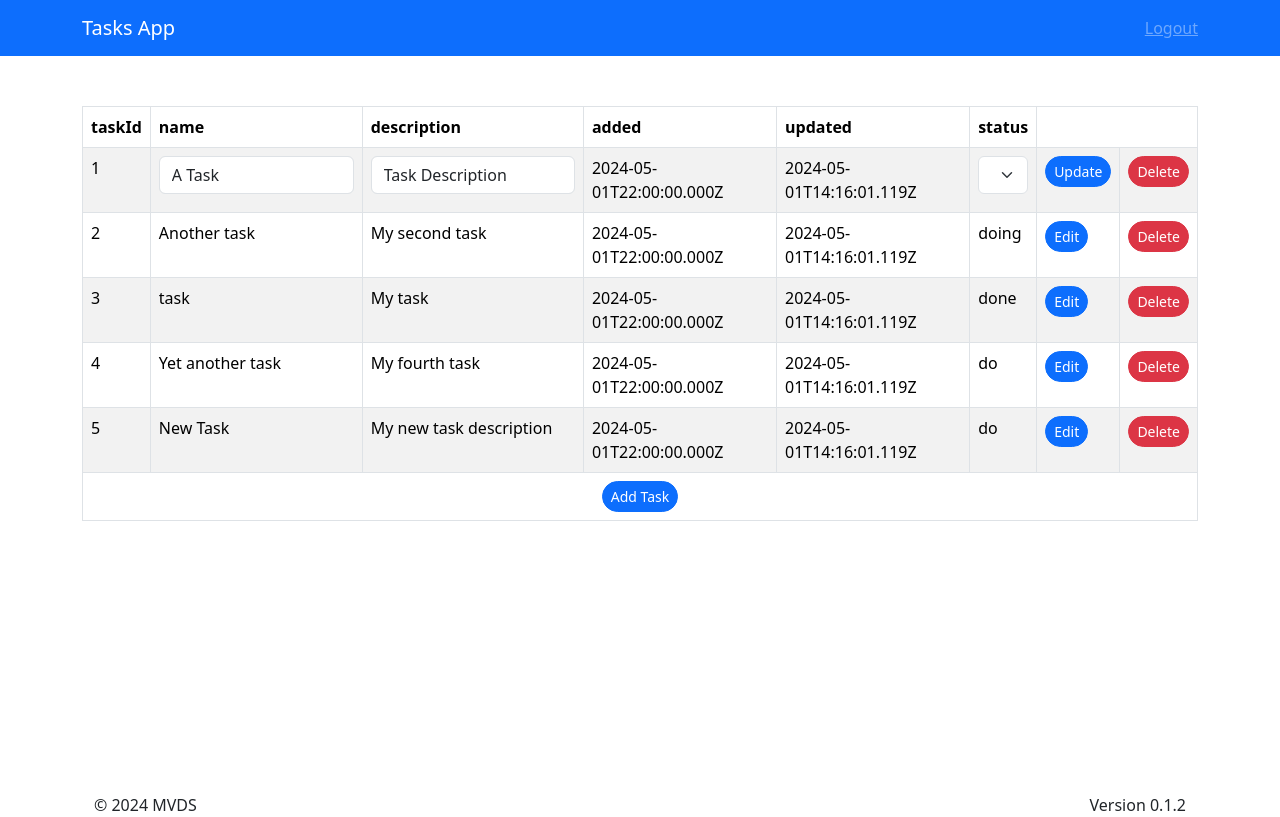
Repository: trider/react-task-manager
Page: /#/tasks, after clicking the first element matching `button.btn`
An editor plug-in stored every save of this project. The page is shown before and after the next save, followed by the edit.
The browser window is 1280 px wide. The pictures show the whole page.
The project was rebuilt for these pictures with package versions that can differ from the ones it lists, and the page was loaded fresh each time. Also part of the build but not shown: src/App.css, src/data/_Users.js, src/pages/Login.js.

Above is the page before, as saved 2024-05-07 18:01:40.

### src/App.js
// import logo from './logo.svg';
import './App.css';
import 'bootstrap/dist/css/bootstrap.min.css';
// import { BrowserRouter, Routes, Route } from "react-router-dom";
import {HashRouter as Router, Routes, Route} from "react-router-dom";
import LoginForm from "./pages/Login";
import TaskList from "./pages/Task";

// const path = process.env.REACT_APP_FOR_PATH;

function App() {
  return (
    <div>
      <Router baseline="/">
        <Routes>
          <Route index element={<LoginForm />} />
            <Route path="login" element={<LoginForm />} />
            <Route path="tasks" element={<TaskList />} />
        </Routes>
      </Router>
    </div>
  );
}

export default App;

### src/pages/Task.js
import * as React from 'react';

import { useState } from 'react';

import Table from 'react-bootstrap/Table';
import Container from 'react-bootstrap/Container';
import Button from 'react-bootstrap/Button';
import Form from 'react-bootstrap/Form';

import NavbarComponent from '../components/Navigation';
import Footer from '../components/Footer';

import userTasks from '../data/_Tasks';
import tableCols from '../data/_Cols';

const states = ['do', 'doing', 'done'];




const TaskTable = () => {

  const [tasks, setTasks] = useState(userTasks);
  const [taskName, setTaskName] = useState("A Task");
  const [taskDescription, setTaskDescription] = useState("Task Description");
  const [dateAdded, setDateAdded] = useState(new Date().toISOString());
  const [dateUpdated, setDateUpdated] = useState(new Date().toISOString());
  const [taskStatus, setTaskStatus] = useState("do");
  const [isAdd, setIsAdd] = useState(false);


  const addTask = (task) => {
    setDateAdded(new Date().toISOString());
    setDateUpdated(new Date().toISOString());
    setTaskStatus('do');
    setIsAdd(false);
    setTasks([...tasks, { id: tasks.length + 1, ...task }]);
  }

  const editTask = (task) => {

    setIsAdd(false);
    setTasks(tasks.map((t) => {
      if (tasks.filter((t) => t.isEdit === true).length < 1) {
        if (t.taskId === task.taskId) t.isEdit = !t.isEdit;
      }

      return t
    }));


  }

  const getButton = (task) => {

    if (task.isEdit) {
      return <Button variant="primary rounded-pill" size='sm' onClick={(e) => updateTask(task)}>
        Update
      </Button>
    }
    else {
      return <Button variant="primary rounded-pill" size='sm' onClick={(e) => editTask(task)}>
        Edit
      </Button>
    }

  }

  const updateTask = (task) => {






    setTasks(tasks.map((t) => {
      setTaskName(t.name);
      setTaskDescription(t.description);
      if (t.taskId === task.taskId) {
        t.isEdit = !t.isEdit;
        t.name = taskName;
        t.description = taskDescription;
        t.updated = new Date().toISOString();
        t.status = taskStatus;
      }
      return t;
    }));
    setIsAdd(false);



  }

  const deleteTask = (task) => {
    setTasks(tasks.filter((t) => t.taskId !== task.taskId));
  }

  const getTask = (task, col) => {
    if (task.isEdit) {
      if (col === 'name') {
        return <Form.Control
          type="text"
          value={taskName}
          onChange={(e) => setTaskName(e.target.value)}
        />
      }
      else if (col === 'description') {
        return <Form.Control
          type="text"
          value={taskDescription}
          onChange={(e) => setTaskDescription(e.target.value)}
        />
      }
      else if (col === 'status') {
        return <Form.Select aria-label="Default select example">
          {}
        </Form.Select>
        // return <Form.Control
        //   type="text"
        //   value={taskStatus}
        //   onChange={(e) => setTaskStatus(e.target.value)}
        // />
      }
      else {
        return task[col]
      }


    }
    else {
      return task[col]
    }


  }



  const showTableBody = () => {

    if (isAdd) {

      return <tbody>

        <tr>
          <td>
            {tasks.length + 1}
          </td>
          <td>
            <Form.Control
              type="text"
              value={taskName}
              onChange={(e) => setTaskName(e.target.value)}
            />
          </td>
          <td>
            <Form.Control
              type="text"
              value={taskDescription}
              onChange={(e) => setTaskDescription(e.target.value)}

            />
          </td>
          <td>
            {dateAdded}
          </td>
          <td>
            {dateUpdated}
          </td>
          <td>
            do
          </td>

          <td colSpan='2'>
            <div className="d-grid gap-2 d-md-flex justify-content-md-center">

              <Button variant="primary rounded-pill" size='sm' onClick={(e) => addTask({
                name: taskName,
                description: taskDescription,
                user: 'jonnygold',
                status: 'do',
                taskId: tasks.length + 1,
                added: new Date().toISOString(),
                updated: new Date().toISOString(),
                isActive: true,
                isEdit: false
              })}>
                Add
              </Button>
            </div>
          </td>
        </tr>



      </tbody>



    }
    else {
      return <tbody>
        {tasks.map((task) => (
          <tr key={task.id}>
            {tableCols.map((col) => (
              <td key={col}>

                {getTask(task, col)}

              </td>
            ))}

            <td>
              {getButton(task)}
            </td>
            <td>
              <Button variant="danger rounded-pill" size='sm' onClick={(e) => deleteTask(task)}>
                Delete
              </Button>
            </td>
          </tr>
        ))}



        <tr>

          <td colSpan={tableCols.length + 2} style={{ backgroundColor: "white" }}>
            <div className="d-grid gap-2 d-md-flex justify-content-md-center">
              <Button variant="primary rounded-pill" size='sm' onClick={(e) => setIsAdd(!isAdd)}>
                Add Task
              </Button>
            </div>
          </td>
        </tr>
      </tbody>

    }


  }






  return (
    <div >
      <Table striped bordered hover size="lg">
        <thead>
          <tr>
            {tableCols.map((col) => (
              <th key={col}>{col}</th>
            ))}
            <th colSpan={"2"}></th>
          </tr>
        </thead>

        {showTableBody()}

      </Table>




    </div>
  );
}


const TaskList = () => {
  return (
    <div>

      <NavbarComponent />
      <Container style={{ marginTop: "50px" }}>

        <div style={{ marginTop: "50px" }}>
          <TaskTable />
        </div>

      </Container>
      <Container style={{ paddingTop: '20%' }} >
        <Footer />
      </Container>

    </div>
  );
}

export default TaskList;

### src/components/Footer.js
import * as React from 'react';
import Container from 'react-bootstrap/Container';
import Row from 'react-bootstrap/Row';
import Col from 'react-bootstrap/Col';


const Footer = () => {
  return (
    <footer>
      <Container >
      <Row>
        <Col sm={8}>&copy; 2024 MVDS</Col>
        <Col style={{textAlign:"right"}}>Version 0.1.2</Col>
      </Row>
      </Container>
    </footer>
  );
}

export default Footer;

### src/components/Navigation.js
import * as React from 'react';
import Container from 'react-bootstrap/Container';
import Nav from 'react-bootstrap/Nav';
import Navbar from 'react-bootstrap/Navbar';
import {Link as ReactLink} from "react-router-dom";






const NavbarComponent = () => {
  return (
    <Navbar bg="primary" expand="lg" data-bs-theme="dark">
      <Container>
        <Navbar.Brand href="#home">Tasks App</Navbar.Brand>
        <Navbar.Toggle aria-controls="basic-navbar-nav" />
        <Navbar.Collapse id="basic-navbar-nav">
          <Nav className="me-auto" >
          </Nav>

          <div className='Nav'>
            <ReactLink to="/login">Logout</ReactLink>
          </div>
        </Navbar.Collapse>
      </Container>
    </Navbar>
  );
}



export default NavbarComponent;

### src/data/_Tasks.js
const userTasks= [
 {
   id: "6630ab326e723ac1ea6dce7a",
   description: "My first task",
   name: "A task",
   taskId: 1,
   user: "jonnygold",
   added: "2024-05-01T22:00:00.000Z",
   updated: "2024-05-01T14:16:01.119Z",
   status: "do",
   isActive: true,
   isEdit: false
 },
 {
   id: "6630fe5d6e723ac1ea6dce7e",
   description: "My second task",
   name: "Another task",
   taskId: 2,
   user: "jonnygold",
   added: "2024-05-01T22:00:00.000Z",
   updated:"2024-05-01T14:16:01.119Z",
   status: "doing",
   isActive: true,
   isEdit: false
 },
 {
   id: "6630fe826e723ac1ea6dce7f",
   description: "My task",
   name: "task",
   taskId: 3,
   user: "jonnygold",
   added: "2024-05-01T22:00:00.000Z",
   updated:"2024-05-01T14:16:01.119Z",
   status: "done",
   isActive: true,
   isEdit: false
 },
 {
   id: "6631f17cc4c9b7f5ab3c28c3",
   name: "Yet another task",
   description: "My fourth task",
   user: "jonnygold",
   taskId: 4,
   added: "2024-05-01T22:00:00.000Z",
   updated:"2024-05-01T14:16:01.119Z",
   isActive: true,
   status: "do",
   isEdit: false

 },
 {
   id: "66323f0d54b80929f84ebdd2",
   user: "jonnygold",
   name: "New Task",
   description: "My new task description",
   status: "do",
   taskId: 5,
   added: "2024-05-01T22:00:00.000Z",
   updated:"2024-05-01T14:16:01.119Z",
   isActive: true,
   isEdit: false
 }

]

export default userTasks

### src/data/_Cols.js
const tableCols = [
 'taskId',
 'name',
 'description',
 'added',
 'updated',
 'status',
];

export default tableCols

Loaded but not shown: public/index.html (common file); src/index.js (common file); src/index.css (common file); src/reportWebVitals.js (common file)

After the next save:
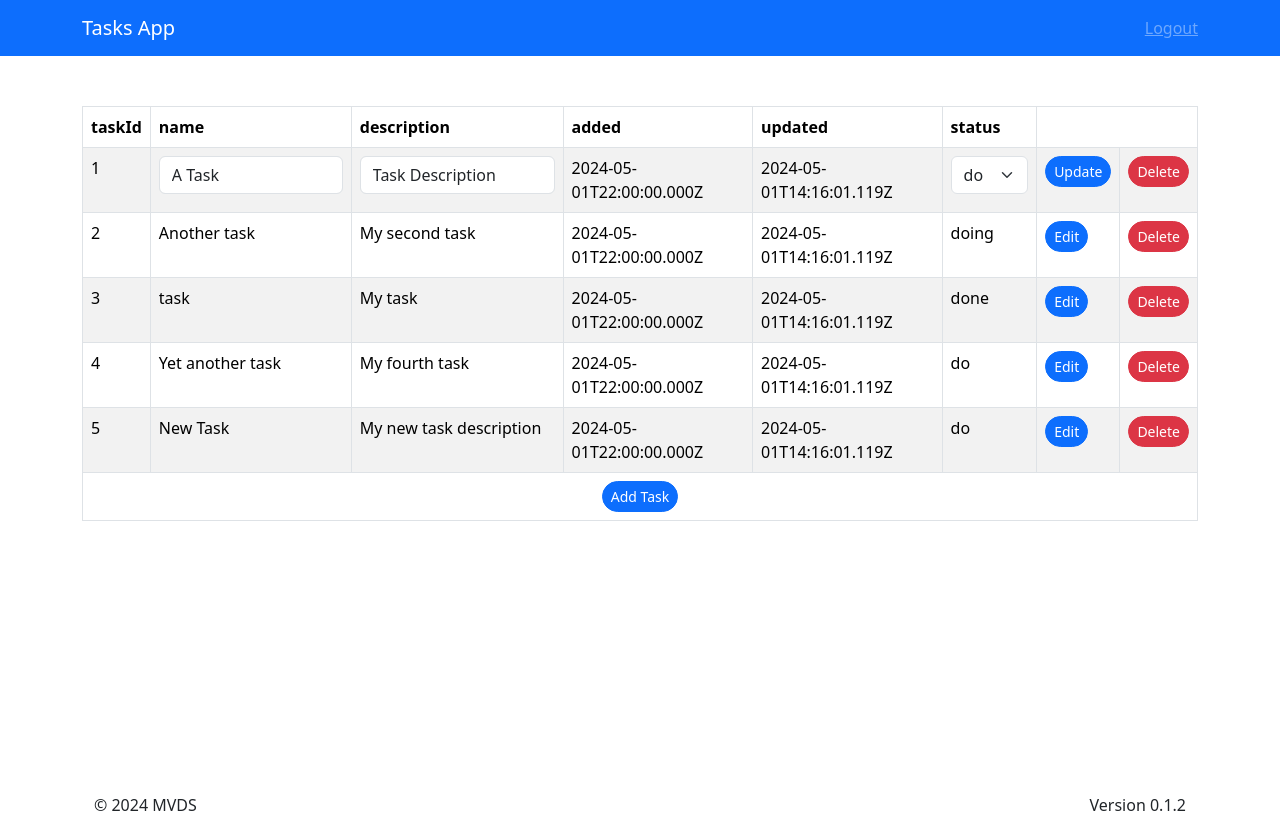
Saved 21 s later.
--- a/src/pages/Task.js
+++ b/src/pages/Task.js
@@ -113,7 +113,7 @@ const TaskTable = () => {
       }
       else if (col === 'status') {
         return <Form.Select aria-label="Default select example">
-          {}
+          {states.map((state) => (  <option key={state} value={state}>{state}</option>))}
         </Form.Select>
         // return <Form.Control
         //   type="text"
